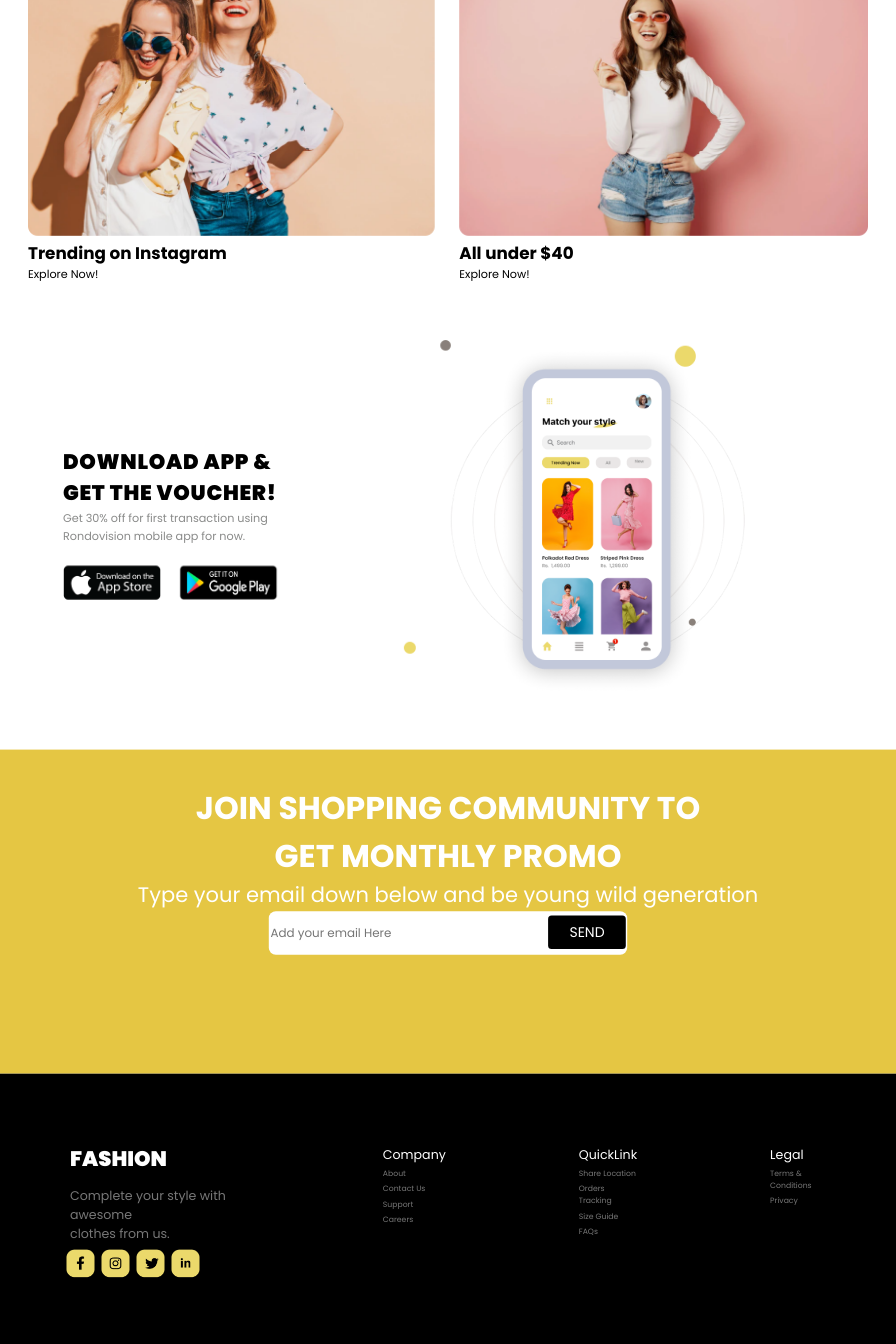
Repository: isaacCodes1/FashionWebsite
Page: index.html
An editor plug-in stored every save of this project. The page is shown before and after the next save, followed by the edit.
The browser window is 1280 px wide. The pictures show the part of the page from y = 2497 to 4417 px (the page is 4417 px tall before and 4355 px after), at 70% of full size.

Above is the page before, as saved 2024-03-14 11:19:32.

After the next save:
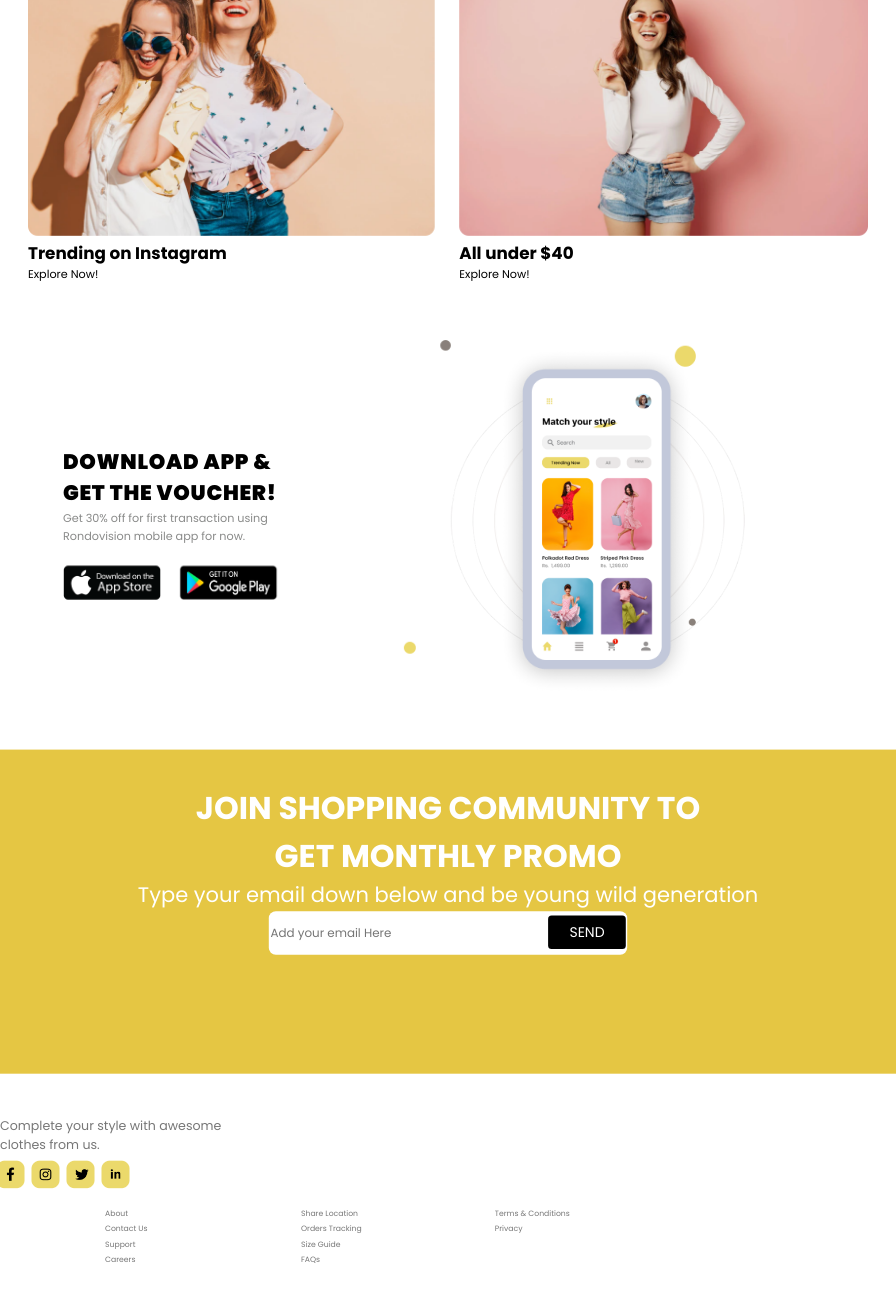
Saved 5 s later.
--- a/style.css
+++ b/style.css
@@ -503,6 +503,7 @@
   padding: 10px 30px;
   border-radius: 5px;
 }
+.input a
 .footDiv {
   display: flex;
   background: #000;

After the save that followed:
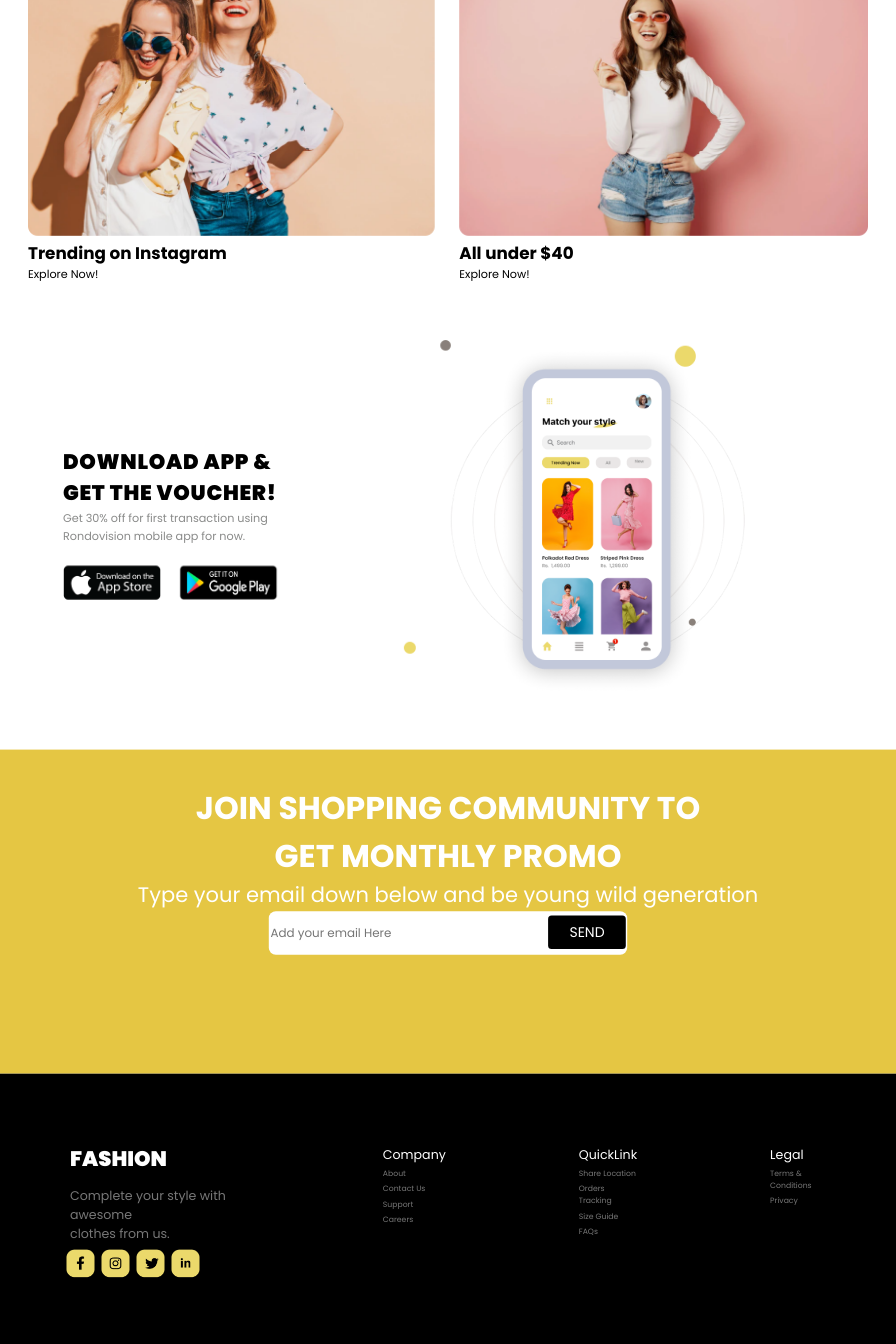
Saved 5 s later.
--- a/style.css
+++ b/style.css
@@ -503,7 +503,9 @@
   padding: 10px 30px;
   border-radius: 5px;
 }
-.input a
+.input a:hover{
+  color
+}
 .footDiv {
   display: flex;
   background: #000;
